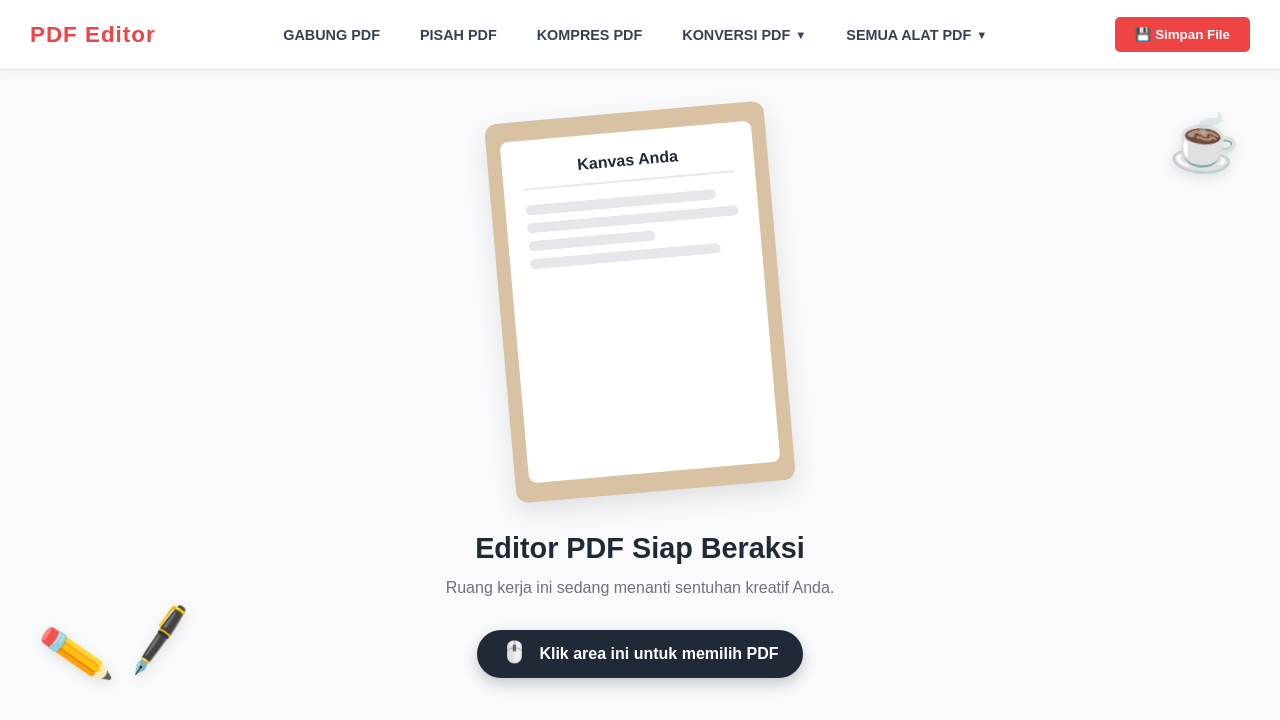
Repository: IkhsanMoekhtar/pdf_editor
Page: /
An editor plug-in stored every save of this project. The page is shown before and after the next save, followed by the edit.
The browser window is 1280 px wide. The pictures show the whole page.
The project was rebuilt for these pictures with package versions that can differ from the ones it lists, and the page was loaded fresh each time. Also part of the build but not shown: vite.config.js.

Above is the page before, as saved 2026-03-18 05:07:32.

After the next save:
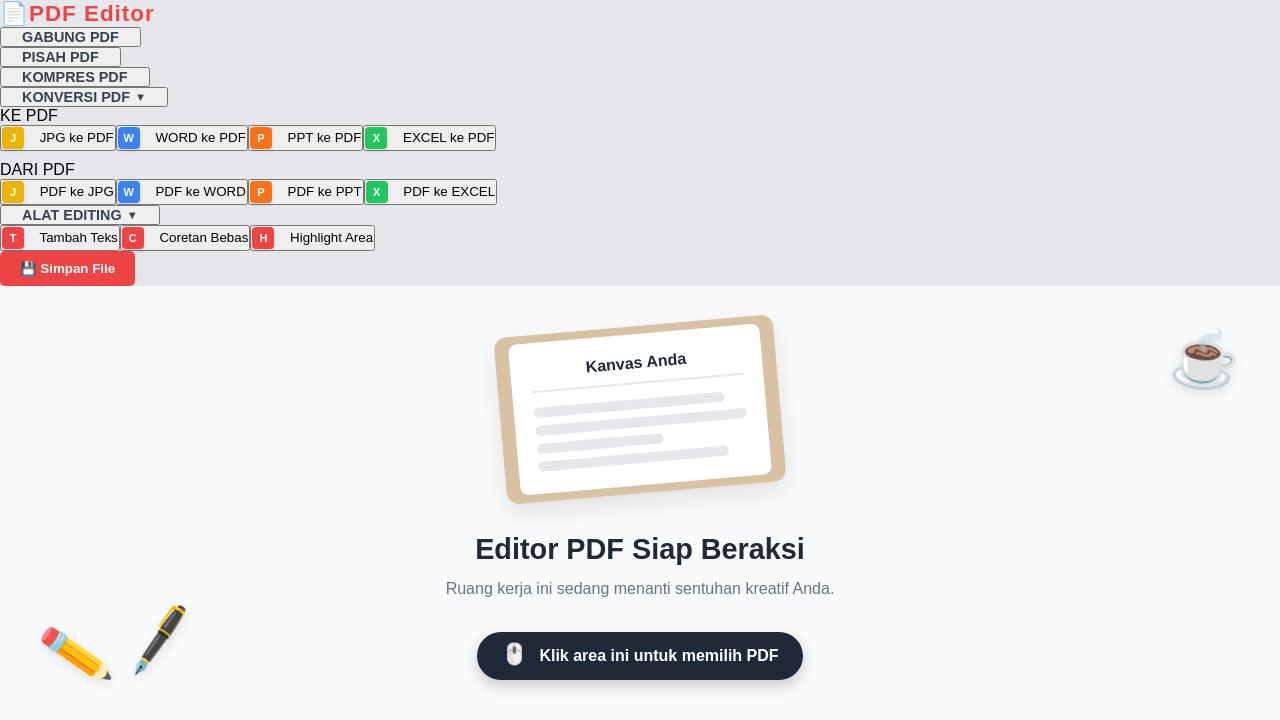
Saved 2 min 7 s later.
--- a/src/App.jsx
+++ b/src/App.jsx
@@ -5,6 +5,9 @@ function App() {
   const [pdfFile, setPdfFile] = useState(null);
   const [activeTool, setActiveTool] = useState(null);
   const fileInputRef = useRef(null);
+
+  // State baru untuk mengatur menu dropdown di sidebar
+  const [expandedMenu, setExpandedMenu] = useState(null);
 
   const handleFileUpload = (event) => {
     const file = event.target.files[0];
@@ -27,83 +30,72 @@ function App() {
     fileInputRef.current.click();
   };
 
+  // Fungsi untuk membuka/menutup menu accordion
+  const toggleMenu = (menuName) => {
+    setExpandedMenu(expandedMenu === menuName ? null : menuName);
+  };
+
   return (
     <div className="app-container">
 
-      {/* --- TOPBAR: Mega Menu Navigation --- */}
-      <header className="topbar">
+      {/* --- SIDEBAR UTAMA --- */}
+      <aside className="main-sidebar">
         <div className="brand">
+          <span className="brand-icon">📄</span>
           <strong>PDF Editor</strong>
         </div>
 
-        {/* Kontainer Menu Utama */}
-        <nav className="main-nav">
-          <div className="nav-item">GABUNG PDF</div>
-          <div className="nav-item">PISAH PDF</div>
-          <div className="nav-item">KOMPRES PDF</div>
+        <nav className="sidebar-nav">
+          <button className="nav-item">GABUNG PDF</button>
+          <button className="nav-item">PISAH PDF</button>
+          <button className="nav-item">KOMPRES PDF</button>
 
-          {/* Menu dengan Dropdown Besar (Mega Menu) */}
-          <div className="nav-item has-dropdown">
-            KONVERSI PDF <span className="arrow">▼</span>
+          {/* Grup Menu: KONVERSI PDF */}
+          <div className={`nav-group ${expandedMenu === 'convert' ? 'expanded' : ''}`}>
+            <button className="nav-item has-arrow" onClick={() => toggleMenu('convert')}>
+              KONVERSI PDF <span className="arrow">▼</span>
+            </button>
+            <div className="submenu">
+              <div className="submenu-title">KE PDF</div>
+              <button className="submenu-btn"><span className="doc-icon icon-jpg">J</span> JPG ke PDF</button>
+              <button className="submenu-btn"><span className="doc-icon icon-word">W</span> WORD ke PDF</button>
+              <button className="submenu-btn"><span className="doc-icon icon-ppt">P</span> PPT ke PDF</button>
+              <button className="submenu-btn"><span className="doc-icon icon-excel">X</span> EXCEL ke PDF</button>
 
-            <div className="dropdown-menu mega-menu">
-              <div className="dropdown-column">
-                <h4>KONVERSI KE PDF</h4>
-                <button className="dropdown-btn">
-                  <span className="doc-icon icon-jpg">J</span> JPG ke PDF
-                </button>
-                <button className="dropdown-btn">
-                  <span className="doc-icon icon-word">W</span> WORD ke PDF
-                </button>
-                <button className="dropdown-btn">
-                  <span className="doc-icon icon-ppt">P</span> POWERPOINT ke PDF
-                </button>
-                <button className="dropdown-btn">
-                  <span className="doc-icon icon-excel">X</span> EXCEL ke PDF
-                </button>
-                <button className="dropdown-btn">
-                  <span className="doc-icon icon-html">H</span> HTML ke PDF
-                </button>
-              </div>
-              <div className="dropdown-column">
-                <h4>KONVERSI DARI PDF</h4>
-                <button className="dropdown-btn">
-                  <span className="doc-icon icon-jpg">J</span> PDF ke JPG
-                </button>
-                <button className="dropdown-btn">
-                  <span className="doc-icon icon-word">W</span> PDF ke WORD
-                </button>
-                <button className="dropdown-btn">
-                  <span className="doc-icon icon-ppt">P</span> PDF ke POWERPOINT
-                </button>
-                <button className="dropdown-btn">
-                  <span className="doc-icon icon-excel">X</span> PDF ke EXCEL
-                </button>
-                <button className="dropdown-btn">
-                  <span className="doc-icon icon-pdf">A</span> PDF ke PDF/A
-                </button>
-              </div>
+              <div className="submenu-title" style={{ marginTop: '10px' }}>DARI PDF</div>
+              <button className="submenu-btn"><span className="doc-icon icon-jpg">J</span> PDF ke JPG</button>
+              <button className="submenu-btn"><span className="doc-icon icon-word">W</span> PDF ke WORD</button>
+              <button className="submenu-btn"><span className="doc-icon icon-ppt">P</span> PDF ke PPT</button>
+              <button className="submenu-btn"><span className="doc-icon icon-excel">X</span> PDF ke EXCEL</button>
             </div>
           </div>
 
-          {/* Menu Alat Edit */}
-          <div className="nav-item has-dropdown">
-            SEMUA ALAT PDF <span className="arrow">▼</span>
-            <div className="dropdown-menu single-menu">
-              <button className={`dropdown-btn ${activeTool === 'text' ? 'active' : ''}`} onClick={() => handleToolClick('text')}>
+          {/* Grup Menu: ALAT EDIT */}
+          <div className={`nav-group ${expandedMenu === 'tools' ? 'expanded' : ''}`}>
+            <button className="nav-item has-arrow" onClick={() => toggleMenu('tools')}>
+              ALAT EDITING <span className="arrow">▼</span>
+            </button>
+            <div className="submenu">
+              <button className={`submenu-btn ${activeTool === 'text' ? 'active' : ''}`} onClick={() => handleToolClick('text')}>
                 <span className="doc-icon icon-pdf">T</span> Tambah Teks
               </button>
-              <button className={`dropdown-btn ${activeTool === 'draw' ? 'active' : ''}`} onClick={() => handleToolClick('draw')}>
+              <button className={`submenu-btn ${activeTool === 'draw' ? 'active' : ''}`} onClick={() => handleToolClick('draw')}>
                 <span className="doc-icon icon-pdf">C</span> Coretan Bebas
+              </button>
+              <button className={`submenu-btn ${activeTool === 'highlight' ? 'active' : ''}`} onClick={() => handleToolClick('highlight')}>
+                <span className="doc-icon icon-pdf">H</span> Highlight Area
               </button>
             </div>
           </div>
         </nav>
 
-        <button className="save-btn" onClick={() => handleToolClick('save')}>
-          💾 Simpan File
-        </button>
-      </header>
+        {/* Tombol Simpan selalu berada di bawah */}
+        <div className="sidebar-footer">
+          <button className="save-btn" onClick={() => handleToolClick('save')}>
+            💾 Simpan File
+          </button>
+        </div>
+      </aside>
 
       {/* --- AREA KERJA UTAMA --- */}
       <main className="workspace">
